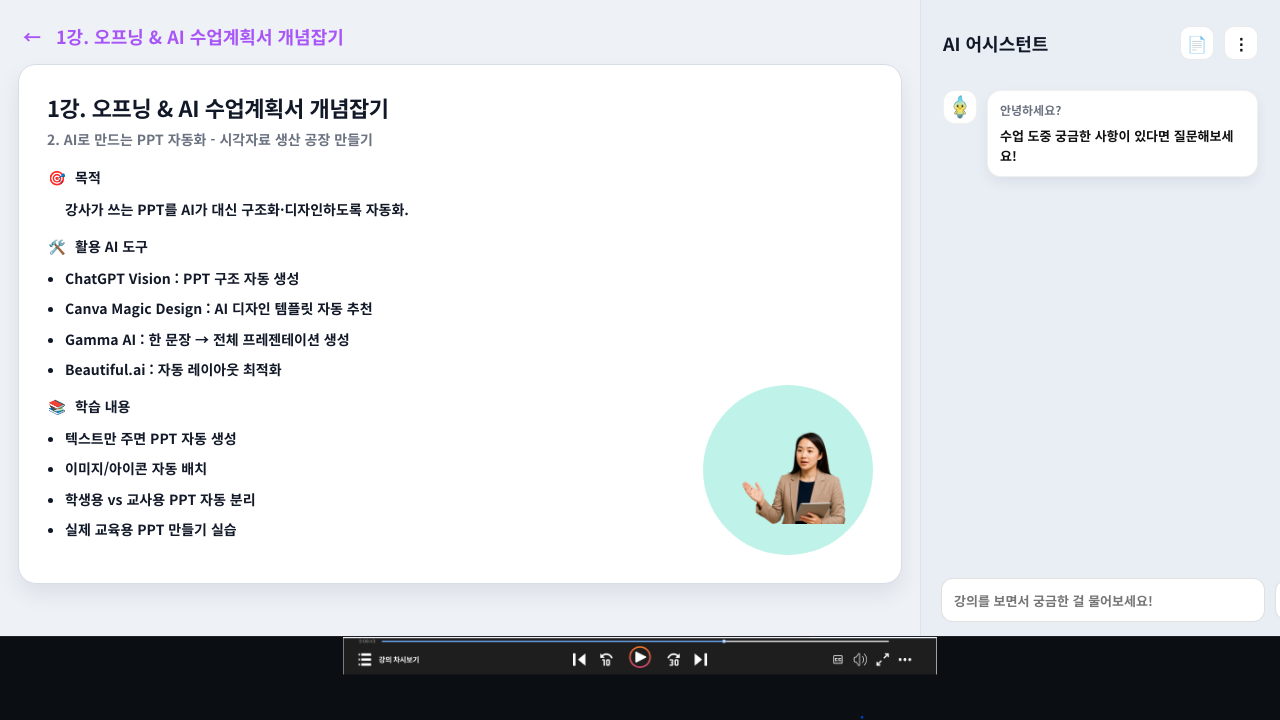
Repository: Iimchaehoon/level_up
Page: player.html
An editor plug-in stored every save of this project. The page is shown before and after the next save, followed by the edit.
The browser window is 1280 px wide. The pictures show the whole page.

Above is the page before, as saved 2025-12-14 19:33:23.

### player.html
<!doctype html>
<html lang="ko">
<head>
  <meta charset="UTF-8" />
  <meta name="viewport" content="width=device-width,initial-scale=1" />
  <title>강의 플레이어 | LEVEL-UP</title>

  <link rel="preconnect" href="https://fonts.googleapis.com" />
  <link rel="preconnect" href="https://fonts.gstatic.com" crossorigin />
  <link href="https://fonts.googleapis.com/css2?family=Noto+Sans+KR:wght@400;500;700;800&display=swap" rel="stylesheet" />

  <style>
    :root{
      --bg:#eef1f6;
      --card:#ffffff;
      --line:#d6dde8;
      --text:#111827;
      --muted:#6b7280;
      --purple:#a855f7;
      --shadow:0 10px 22px rgba(15,23,42,.08);
      --radius:18px;
      --sidebarW:360px;
      --playerH:84px;
    }

    *{ box-sizing:border-box; }
    html,body{ height:100%; }
    body{
      margin:0;
      font-family:"Noto Sans KR",system-ui,-apple-system,BlinkMacSystemFont,"Segoe UI",sans-serif;
      color:var(--text);
      background:var(--bg);
      overflow:hidden; /* 피그마처럼 전체 스크롤 최소화 */
    }
    img{ max-width:100%; display:block; }
    button,input{ font-family:inherit; }
    a{ color:inherit; text-decoration:none; }

    /* ===== 전체 레이아웃 ===== */
    .app{
      height:100vh;
      display:grid;
      grid-template-columns: 1fr var(--sidebarW);
      padding-bottom: var(--playerH); /* 하단 플레이어바 자리 */
    }

    /* ===== 좌측 컨텐츠 ===== */
    .stage{
      position:relative;
      padding:18px 18px 18px 18px;
      overflow:auto;
    }

    .topline{
      display:flex;
      align-items:center;
      gap:10px;
      padding:4px 0 14px;
      color:var(--purple);
      font-weight:800;
      font-size:18px;
    }
    .back{
      width:28px; height:28px;
      border-radius:999px;
      display:grid; place-items:center;
      cursor:pointer;
      user-select:none;
    }
    .back:hover{ background:rgba(168,85,247,.12); }

    .content-card{
      background:var(--card);
      border:1px solid var(--line);
      border-radius: var(--radius);
      box-shadow: var(--shadow);
      padding:26px 28px;
      min-height: 520px;
      position:relative;
    }

    .h1{
      margin:0 0 6px;
      font-size:22px;
      font-weight:900;
      letter-spacing:-0.02em;
    }
    .h2{
      margin:0 0 18px;
      font-size:14px;
      font-weight:700;
      color:var(--muted);
    }

    .sec{
      margin-top:14px;
    }
    .sec-title{
      display:flex;
      align-items:center;
      gap:8px;
      margin:0 0 10px;
      font-weight:900;
      font-size:14px;
    }
    .sec-title .emoji{
      width:20px;
      display:inline-grid;
      place-items:center;
      font-size:14px;
    }
    .bullets{
      margin:0;
      padding-left:18px;
      color:var(--text);
      font-weight:600;
      line-height:1.75;
      font-size:14px;
    }
    .bullets li{ margin:6px 0; }

    /* 우하단 강사 이미지(원형 배경) */
    .teacher-badge{
      position:absolute;
      right:28px;
      bottom:28px;
      width:170px;
      height:170px;
      border-radius:999px;
      background: #bff3ea;
      display:grid;
      place-items:center;
    }
    .teacher-badge img{
      width:145px;
      height:auto;
      transform: translateY(6px);
    }

    /* ===== 우측 AI 어시스턴트 ===== */
    .sidebar{
      background:#e9edf4;
      border-left:1px solid rgba(0,0,0,.05);
      display:flex;
      flex-direction:column;
      padding:16px 14px 14px;
      overflow:hidden;
    }

    .side-head{
      display:flex;
      align-items:center;
      justify-content:space-between;
      padding:10px 8px 12px;
      font-weight:900;
      font-size:18px;
    }
    .side-actions{
      display:flex;
      gap:10px;
      color:#111;
    }
    .iconbtn{
      width:34px;
      height:34px;
      border-radius:10px;
      border:1px solid rgba(0,0,0,.08);
      background:#fff;
      cursor:pointer;
      display:grid;
      place-items:center;
      font-size:16px;
      user-select:none;
    }
    .iconbtn:hover{ background:#f7f8fb; }

    .chat{
      flex:1;
      overflow:auto;
      padding:8px 8px 10px;
    }

    .msg{
      display:flex;
      gap:10px;
      align-items:flex-start;
      margin:10px 0;
    }
    .avatar{
      width:34px;
      height:34px;
      border-radius:12px;
      background:#fff;
      border:1px solid rgba(0,0,0,.06);
      display:grid;
      place-items:center;
      overflow:hidden;
      flex:0 0 auto;
    }
    .avatar img{ width:26px; height:26px; object-fit:contain; }

    .bubble{
      max-width: 92%;
      background:#fff;
      border:1px solid rgba(0,0,0,.06);
      border-radius:14px;
      padding:10px 12px;
      line-height:1.55;
      font-size:13px;
      font-weight:600;
      color:#111;
      box-shadow: 0 6px 14px rgba(15,23,42,.06);
    }
    .bubble .muted{
      color:var(--muted);
      font-weight:700;
      font-size:12px;
      margin-bottom:6px;
      display:block;
    }

    .msg.user{
      justify-content:flex-end;
    }
    .msg.user .bubble{
      background:#111827;
      color:#fff;
      border-color:#111827;
      box-shadow:none;
    }

    .composer{
      padding:10px 6px 0;
      display:flex;
      gap:10px;
      align-items:center;
    }
    .input{
      flex:1;
      height:44px;
      border-radius:12px;
      border:1px solid rgba(0,0,0,.12);
      background:#fff;
      padding:0 12px;
      outline:none;
      font-size:13px;
      font-weight:600;
    }
    .send{
      width:46px;
      height:44px;
      border-radius:14px;
      border:1px solid rgba(0,0,0,.12);
      background:#fff;
      cursor:pointer;
      display:grid;
      place-items:center;
      font-size:18px;
      user-select:none;
    }
    .send:hover{ background:#f7f8fb; }

    /* ===== 하단 플레이어 바 ===== */
    .playerbar{
      position:fixed;
      left:0; right:0; bottom:0;
      height: var(--playerH);
      background:#0b0f14;
      display:flex;
      align-items:center;
      justify-content:center;
      z-index:50;
      border-top:1px solid rgba(255,255,255,.08);
    }
    .playerbar img{
      height:100%;
      width:100%;
      object-fit:contain; /* 피그마처럼 한 장 이미지로 꽉 */
    }

    /* 반응형: 좁아지면 사이드 내려가게 */
    @media (max-width: 980px){
      body{ overflow:auto; }
      .app{
        height:auto;
        grid-template-columns: 1fr;
        padding-bottom: var(--playerH);
      }
      .sidebar{
        height: 520px;
      }
    }
  </style>
</head>

<body>
  <div class="app">

    <!-- ===== 좌측 강의 화면 ===== -->
    <section class="stage" aria-label="강의 화면">
      <div class="topline">
        <div class="back" id="backBtn" title="뒤로가기">←</div>
        <div>1강. 오프닝 &amp; AI 수업계획서 개념잡기</div>
      </div>

      <div class="content-card">
        <h1 class="h1">1강. 오프닝 &amp; AI 수업계획서 개념잡기</h1>
        <p class="h2">2. AI로 만드는 PPT 자동화 - 시각자료 생산 공장 만들기</p>

        <div class="sec">
          <p class="sec-title"><span class="emoji">🎯</span> 목적</p>
          <div class="bullets">
            강사가 쓰는 PPT를 AI가 대신 구조화·디자인하도록 자동화.
          </div>
        </div>

        <div class="sec">
          <p class="sec-title"><span class="emoji">🛠️</span> 활용 AI 도구</p>
          <ul class="bullets">
            <li>ChatGPT Vision : PPT 구조 자동 생성</li>
            <li>Canva Magic Design : AI 디자인 템플릿 자동 추천</li>
            <li>Gamma AI : 한 문장 → 전체 프레젠테이션 생성</li>
            <li>Beautiful.ai : 자동 레이아웃 최적화</li>
          </ul>
        </div>

        <div class="sec">
          <p class="sec-title"><span class="emoji">📚</span> 학습 내용</p>
          <ul class="bullets">
            <li>텍스트만 주면 PPT 자동 생성</li>
            <li>이미지/아이콘 자동 배치</li>
            <li>학생용 vs 교사용 PPT 자동 분리</li>
            <li>실제 교육용 PPT 만들기 실습</li>
          </ul>
        </div>

        <!-- 우하단 원형 강사 이미지 -->
        <div class="teacher-badge" aria-hidden="true">
          <img src="./player/image_1917.png" alt="강사" />
        </div>
      </div>
    </section>

    <!-- ===== 우측 AI 어시스턴트 ===== -->
    <aside class="sidebar" aria-label="AI 어시스턴트">
      <div class="side-head">
        <div>AI 어시스턴트</div>
        <div class="side-actions">
          <div class="iconbtn" title="문서">📄</div>
          <div class="iconbtn" title="더보기">⋮</div>
        </div>
      </div>

      <div class="chat" id="chat">
        <div class="msg bot">
          <div class="avatar"><img src="./player/image_1864.png" alt="마스코트" /></div>
          <div class="bubble">
            <span class="muted">안녕하세요?</span>
            수업 도중 궁금한 사항이 있다면 질문해보세요!
          </div>
        </div>
      </div>

      <div class="composer">
        <input id="chatInput" class="input" type="text" placeholder="강의를 보면서 궁금한 걸 물어보세요!" />
        <button id="sendBtn" class="send" type="button" aria-label="전송">➜</button>
      </div>
    </aside>
  </div>

  <!-- ===== 하단 플레이어(이미지 1:1) ===== -->
  <div class="playerbar" aria-label="플레이어">
    <img src="./player/plyer_icon.png" alt="플레이어 바" />
  </div>

  <script>
    // ===== 뒤로가기(나의 강의로) =====
    document.getElementById("backBtn").addEventListener("click", () => {
      // 네 파일명이 my_lecture.html 이면 그대로, 다르면 수정
      window.location.href = "my_lecture.html";
    });

    // ===== 간단 AI Q&A (수업/강의 관련 키워드 기반) =====
    const chat = document.getElementById("chat");
    const input = document.getElementById("chatInput");
    const sendBtn = document.getElementById("sendBtn");

    // "강의 내용" 기반으로만 답하도록 룰을 잡아줌 (원하는대로 문구 변경 가능)
    function answer(text){
      const t = (text || "").trim().toLowerCase();

      // 빈값
      if(!t) return "질문을 입력해줘! 예: “오늘 강의 목적이 뭐야?”";

      // 범용
      if (t.includes("목적") || t.includes("왜") || t.includes("무슨 목적")) {
        return "이 파트의 목적은 **강사가 쓰는 PPT를 AI가 대신 구조화·디자인하도록 자동화**하는 거야.";
      }
      if (t.includes("도구") || t.includes("툴") || t.includes("사용") || t.includes("뭐로")) {
        return "활용 도구는 **ChatGPT Vision / Canva Magic Design / Gamma AI / Beautiful.ai**야.";
      }
      if (t.includes("chatgpt")) {
        return "ChatGPT Vision은 **PPT 구조(목차/슬라이드 흐름/핵심요약)**을 자동으로 잡아주는 데 좋아.";
      }
      if (t.includes("canva")) {
        return "Canva Magic Design은 **템플릿/레이아웃 추천**으로 디자인 시간을 확 줄여줘.";
      }
      if (t.includes("gamma")) {
        return "Gamma AI는 **한 문장만 줘도 전체 프레젠테이션**을 빠르게 만들어주는 쪽에 강해.";
      }
      if (t.includes("beautiful")) {
        return "Beautiful.ai는 **자동 레이아웃 정렬/정돈**이 강점이라 발표자료 마감 직전에 특히 유용해.";
      }
      if (t.includes("학습") || t.includes("배우는") || t.includes("내용")) {
        return "학습 내용은 **텍스트→PPT 자동 생성 / 이미지·아이콘 자동 배치 / 학생용·교사용 분리 / 교육용 PPT 만들기 실습**이야.";
      }
      if (t.includes("학생") || t.includes("교사용") || t.includes("분리")) {
        return "학생용/교사용 분리는 **표현 난이도·설명량·정답/해설 포함 여부**를 기준으로 AI에게 역할을 나눠서 생성시키면 돼.";
      }
      if (t.includes("질문") || t.includes("프롬프트") || t.includes("예시")) {
        return "예시 프롬프트: “중3 대상 45분 수업, 주제는 OOO. 학생용 10장/교사용 10장으로 나눠서 슬라이드 구조와 핵심 문장, 이미지 아이디어까지 제안해줘.”";
      }

      // 범위 밖 질문 필터(원하면 삭제 가능)
      if (t.includes("정치") || t.includes("주식") || t.includes("날씨")) {
        return "지금은 **수업/강의 관련 질문**에만 답변할 수 있어. 강의 내용으로 질문해줘!";
      }

      // 기본 응답
      return "좋아. 질문을 조금만 더 구체적으로 말해줘! (예: “이번 파트에서 어떤 도구를 쓰는지”, “학습 내용 요약” 등)";
    }

    function addMsg(role, text){
      const row = document.createElement("div");
      row.className = "msg " + (role === "user" ? "user" : "bot");

      if(role !== "user"){
        const av = document.createElement("div");
        av.className = "avatar";
        const img = document.createElement("img");
        img.src = "./player/image_1864.png";
        img.alt = "마스코트";
        av.appendChild(img);

        const bubble = document.createElement("div");
        bubble.className = "bubble";
        bubble.innerHTML = text;

        row.appendChild(av);
        row.appendChild(bubble);
      }else{
        const bubble = document.createElement("div");
        bubble.className = "bubble";
        bubble.textContent = text;
        row.appendChild(bubble);
      }

      chat.appendChild(row);
      chat.scrollTop = chat.scrollHeight;
    }

    function send(){
      const q = input.value.trim();
      if(!q) return;

      addMsg("user", q);
      input.value = "";

      // 살짝 딜레이로 자연스럽게
      setTimeout(() => {
        const a = answer(q);
        addMsg("bot", a);
      }, 250);
    }

    sendBtn.addEventListener("click", send);
    input.addEventListener("keydown", (e) => {
      if(e.key === "Enter") send();
    });
  </script>
</body>
</html>

After the next save:
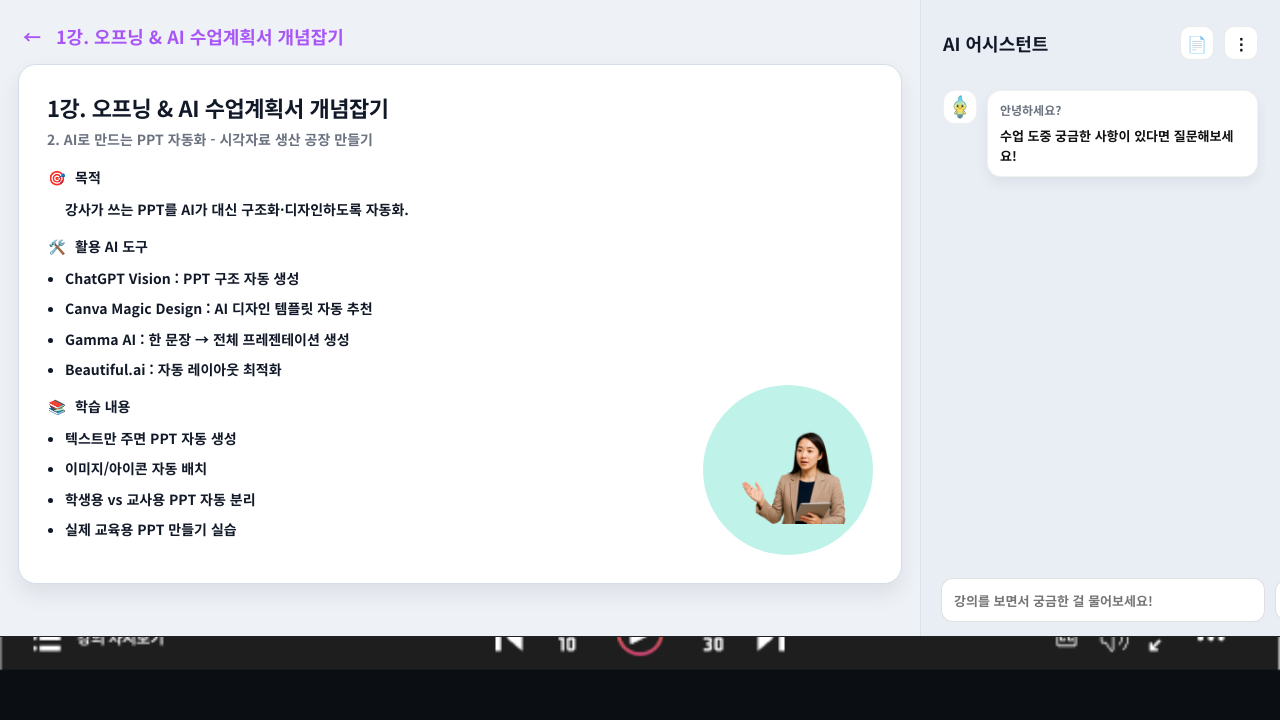
Saved 21 s later.
--- a/player.html
+++ b/player.html
@@ -275,7 +275,7 @@
     .playerbar img{
       height:100%;
       width:100%;
-      object-fit:contain; /* 피그마처럼 한 장 이미지로 꽉 */
+      object-fit:cover; /* 피그마처럼 한 장 이미지로 꽉 */
     }
 
     /* 반응형: 좁아지면 사이드 내려가게 */
